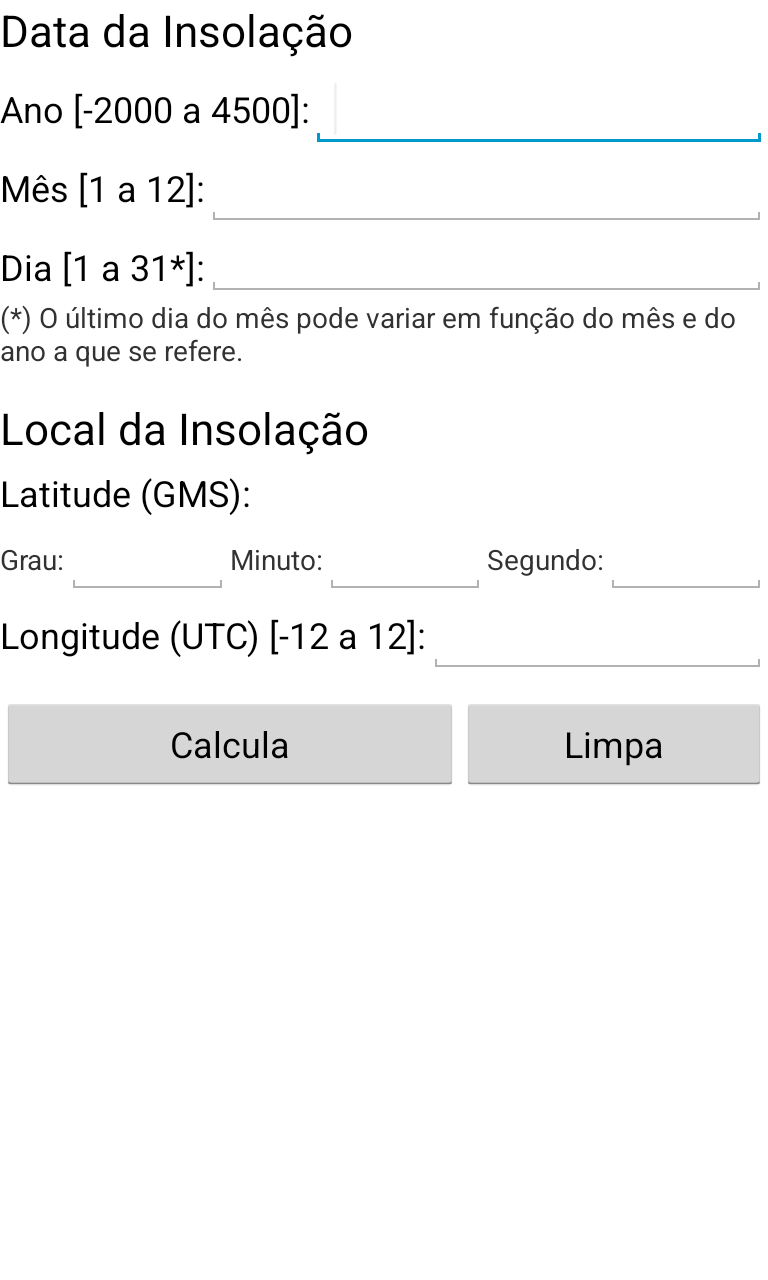
Repository: sergioPereiraBR/insolacao_terrestre
Layout: projeto/source code/InsolacaoTerrestre/res/layout/activity_insolacao_terrestre.xml
The author's editor kept a copy of each file at every save. The layout is drawn from the files as they stood at one save, then again after the next save.
It is drawn on a 768 x 1280 px phone screen (xhdpi) without system bars, with theme AppTheme; the app's code is not run.

Above is the layout before, as saved 2016-11-23 22:40:56.

After the next save:
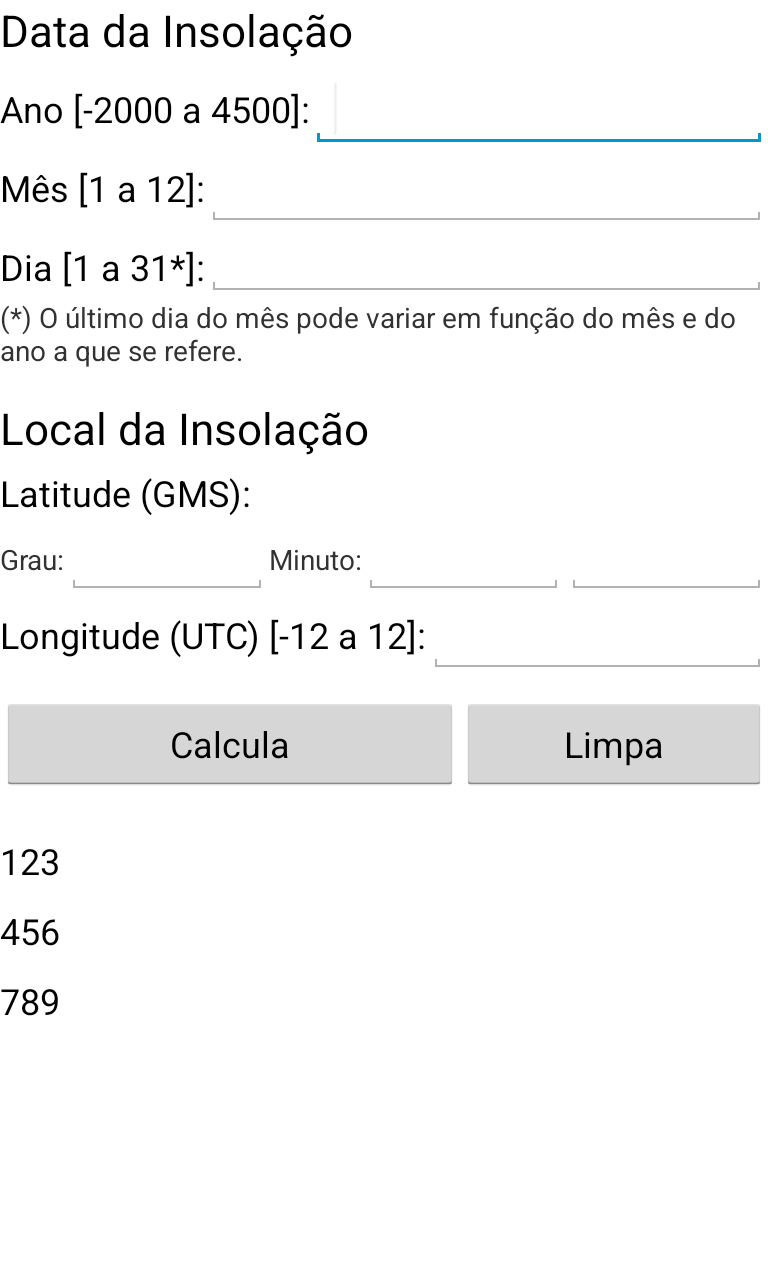
Saved 9 min 12 s later.
--- a/projeto/source code/InsolacaoTerrestre/res/layout/activity_insolacao_terrestre.xml
+++ b/projeto/source code/InsolacaoTerrestre/res/layout/activity_insolacao_terrestre.xml
@@ -159,13 +159,6 @@
             android:ems="10"
             android:inputType="number" />
 
-        <TextView
-            android:id="@+id/textView9"
-            android:layout_width="wrap_content"
-            android:layout_height="wrap_content"
-            android:text="Segundo:"
-            android:textAppearance="?android:attr/textAppearanceSmall" />
-
         <EditText
             android:id="@+id/editText6"
             android:layout_width="wrap_content"
@@ -234,31 +227,35 @@
 
     <LinearLayout
         android:layout_width="match_parent"
-        android:layout_height="wrap_content"
+        android:layout_height="100dp"
         android:orientation="vertical" >
 
         <TextView
             android:id="@+id/textView13"
             android:layout_width="wrap_content"
-            android:layout_height="wrap_content"
+            android:layout_height="35dp"
+            android:text="123"
             android:textAppearance="?android:attr/textAppearanceMedium" />
 
         <TextView
             android:id="@+id/textView14"
             android:layout_width="wrap_content"
-            android:layout_height="wrap_content"
+            android:layout_height="35dp"
+            android:text="456"
             android:textAppearance="?android:attr/textAppearanceMedium" />
 
         <TextView
             android:id="@+id/textView15"
             android:layout_width="wrap_content"
-            android:layout_height="wrap_content"
+            android:layout_height="35dp"
+            android:text="789"
             android:textAppearance="?android:attr/textAppearanceMedium" />
 
         <TextView
             android:id="@+id/textView12"
             android:layout_width="wrap_content"
-            android:layout_height="wrap_content"
+            android:layout_height="35dp"
+            android:text="159"
             android:textAppearance="?android:attr/textAppearanceMedium" />
 
     </LinearLayout>
